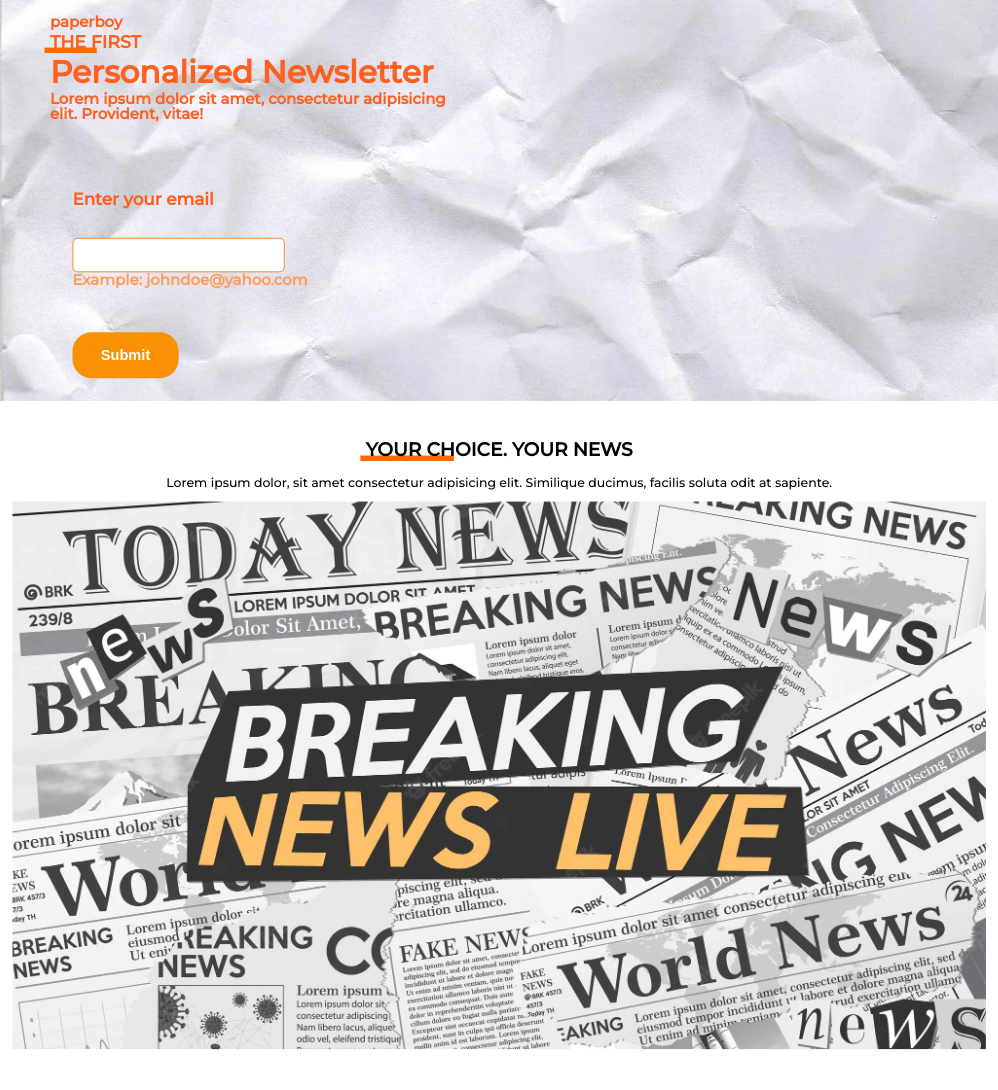
Repository: Gionnn/proiecte
Page: index.html
These files come from the project's save history. The page is drawn as it stood at one moment and after the next save; the edit follows.
The browser window is 1280 px wide. The pictures show the whole page, at 78% of full size.

Above is the page before, as saved 2022-11-28 12:31:51.

### index.html
<!DOCTYPE html>
<html lang="en">
  <head>
    <meta charset="UTF-8" />
    <meta name="viewport" content="width=device-width, initial-scale=1.0" />
    <meta http-equiv="X-UA-Compatible" content="ie=edge" />
    <link rel="stylesheet" href="css/main.css" />
    <title>Paperboy</title>
  </head>

  <body>
    <div class="hero-bg">
      <section class="top">
        <header>
          <a href="index.html">paperboy</a>
        </header>

        <h1><span>The first </span>Personalized Newsletter</h1>
        <p>
          Lorem ipsum dolor sit amet, consectetur adipisicing elit. Provident,
          vitae!
        </p>
        <div class="form-container">
          <form action="">
            <div class="form-left">
              <label for="email">Enter your email</label>
              <input type="text" name="email" id="email" />
              <p>Example: johndoe@yahoo.com</p>
            </div>
            <input type="button" value="Submit" />
          </form>
        </div>
      </section>
    </div>

    <section class="bottom">
      <div class="right-col">
        <h2>Your choice. Your news</h2>
        <p>
          Lorem ipsum dolor, sit amet consectetur adipisicing elit. Similique
          ducimus, facilis soluta odit at sapiente.
        </p>
        <img src="images/paper.jpeg" alt="Breaking News" />
      </div>
    </section>
  </body>
</html>

### css/main.css
@import url("https://fonts.googleapis.com/css2?family=Montserrat:wght@500&display=swap");

body {
  font-family: "Montserrat", sans-serif;
  margin: 0;
}

.hero-bg {
  background: url("../images/background.jpeg");
  color: #ff5f1f;
  text-align: center;
}

header {
  padding-top: 1em;
}
.hero-bg a {
  color: #ff5f1f;
  text-decoration: none;
  font-weight: bold;
  font-size: 1.2rem;
}

section {
  margin: 0 1em;
}

h1 {
  font-size: 2.5rem;
  margin: 2em 0 1.2em;
}

h1 span {
  text-transform: uppercase;
  display: block;
  font-size: 1.4rem;
  position: relative;
  z-index: 1;
}
h1 span::before {
  content: " ";
  position: absolute;
  width: 3em;
  background: #fc6a03;
  height: 0.3em;
  bottom: 0;
  z-index: -1;
  margin-left: -0.3em;
}
.hero-bg p {
  font-weight: bold;
  margin: 0 1em 3em;
  font-size: 1.2rem;
}
.form-container {
  margin: 2em -1em 0;
  padding: 2em;
}
label {
  color: #ff5f1f;
  font-weight: bold;
  display: block;
  margin-bottom: 1em;
  font-size: 1.5em;
}
input[type="text"] {
  border: 1px solid #fc6a03;
  width: 60%;
  padding: 1em;
  box-sizing: border-box;
  border-radius: 0.5em;
  margin-top: 1.2em;
}
.form-container {
  color: #ff9d5c;
  margin-bottom: 1.5em;
  font-weight: normal;
  font-size: 0.9em;
  margin-top: 0.3em;
}
input[type="button"] {
  background-color: #f89104;
  border: none;
  width: 30%;
  color: white;
  font-weight: bold;
  padding: 1em 0;
  border-radius: 1.3em;
  font-size: 1.3em;
  cursor: pointer;
}

input[type="button"]:hover {
  background-color: #c47508;
}

.bottom {
  margin: 0;
}

.right-col {
  text-align: center;
  margin: 3em 1em;
}

h2 {
  text-transform: uppercase;
  position: relative;
}

h2::before {
  content: " ";
  position: absolute;
  width: 5em;
  background: #fc6a03;
  height: 0.3em;
  bottom: 0;
  z-index: -1;
  margin-left: -0.3em;
}

img {
  width: 100%;
}

p {
  line-height: 1em;
}

@media (min-width: 730px) {
  section {
    margin: 0 4em;
  }
  .form-container {
    margin: 2em -4em 0;
  }
}

@media (min-width: 930px) {
  .hero-bg {
    text-align: left;
  }
  .hero-bg p {
    margin: 0 0 3em;
  }
  .hero-bg section {
    width: 40%;
  }
  h1 {
    display: inline;
  }
  .form-container {
    margin: 2em 0 0;
    padding: 2em;
    border-radius: 0.5em;
  }
}

After the next save:
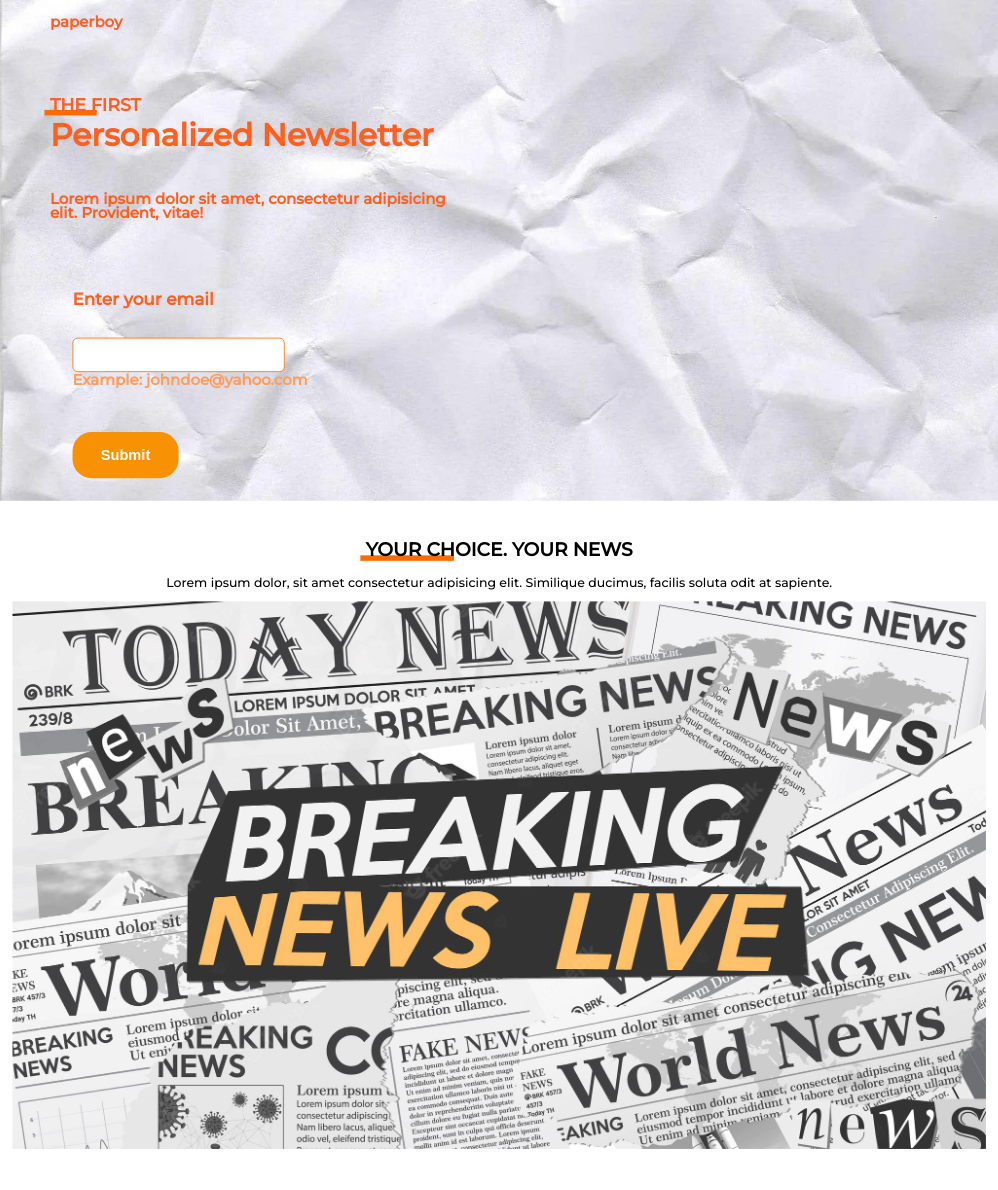
Saved 14 s later.
--- a/css/main.css
+++ b/css/main.css
@@ -146,9 +146,7 @@ p {
   .hero-bg section {
     width: 40%;
   }
-  h1 {
-    display: inline;
-  }
+
   .form-container {
     margin: 2em 0 0;
     padding: 2em;
